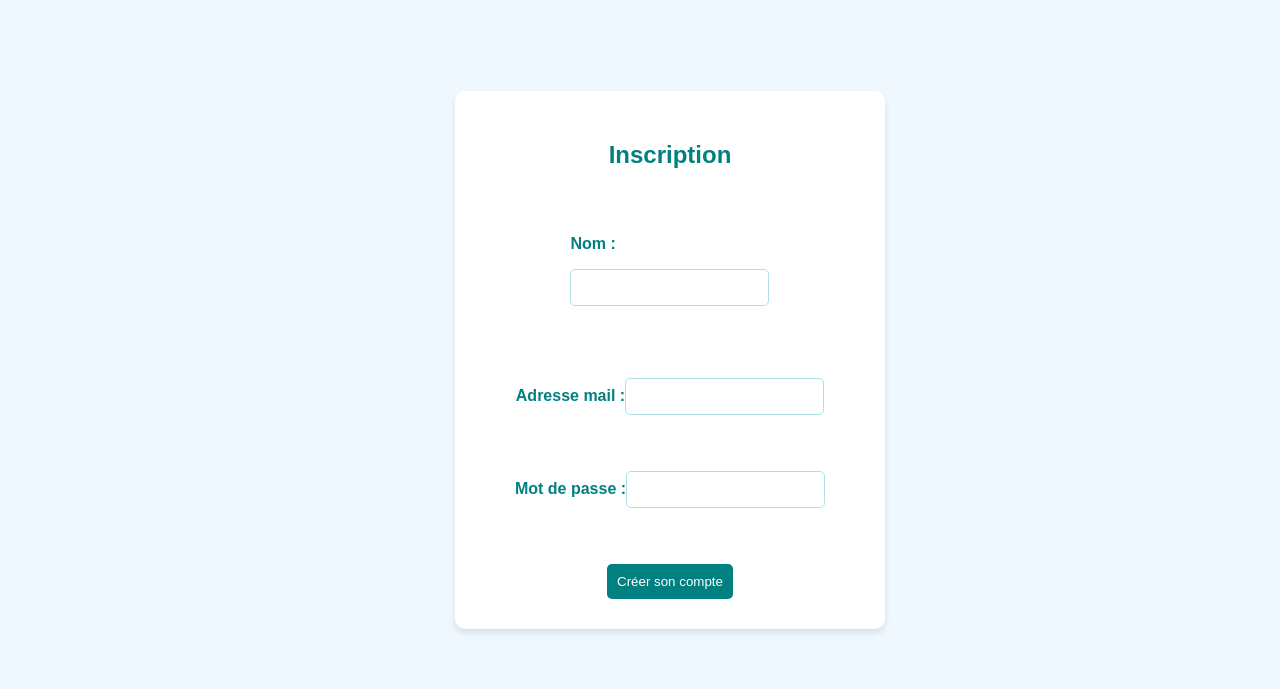
Repository: marwaouahouah1/OdysseyOfMemories
Page: /SignUpUser (app in frontend/)
An editor plug-in stored every save of this project. The page is shown before and after a run of saves, followed by the edit.
The browser window is 1280 px wide. The pictures show the whole page.
The project was rebuilt for these pictures with package versions that can differ from the ones it lists, and the page was loaded fresh each time. Also part of the build but not shown: frontend/src/Connexion/Login.js, frontend/src/App.js, frontend/src/Profile/Profile.js.

Above is the page before, as saved 2023-04-01 17:41:56.

### frontend/src/index.js
import React from 'react';
import ReactDOM from 'react-dom/client';
import App from './App';
import reportWebVitals from './reportWebVitals';
import SignUpUser from './SignUp/SignUpUser';
import Login from './Connexion/Login';
import Profile from './Profile/Profile'
import { BrowserRouter, Routes, Route } from "react-router-dom";

const root = ReactDOM.createRoot(document.getElementById('root'));
root.render(
  <React.StrictMode>
    <BrowserRouter>
       <Routes>
        <Route path="/" element={<App/>} />
        <Route path="/SignUpUser" element={<SignUpUser/>}/>
        <Route path="/Login" element={<Login/>}/>
        <Route path="/Profile" element={<Profile/>}></Route>
      </Routes>
    </BrowserRouter>
  </React.StrictMode>
);

// If you want to start measuring performance in your app, pass a function
// to log results (for example: reportWebVitals(console.log))
// or send to an analytics endpoint. Learn more: https://bit.ly/CRA-vitals
reportWebVitals();

### frontend/src/SignUp/SignUpUser.js
import React, { useState } from 'react';
import "./signupuser.css"

function SignUpUser() {

  const [name, setName] = useState('');
  const [email, setEmail] = useState('');
  const [password, setPassword] = useState('');
  const [message, setMessage] = useState("");

  const handleSubmit = (event) => {
    event.preventDefault();
    fetch('SignUpUser', {
      method: 'POST',
      headers : {
        'Content-Type': 'application/json',
        'Accept': 'application/json'
      },
      body: JSON.stringify({ name, email, password })
    })
      .then(response => response.json())
      .then(data => {
        setMessage(data.message);
        console.log(data)
        console.log("test")
      });
  };

  return (
    <div className="signup-container">

    <div className='app'>
    <span style={{textAlign:"center", marginBottom:"20px"}}><h2>Inscription</h2></span>

    <form onSubmit={handleSubmit}>
      <label>
        <p>Nom :</p>
        <input
          type="text"
          value={name}
          onChange={(event) => setName(event.target.value)}
        />
      </label>
      <br /><br />
      <label>
        <p></p>Adresse mail :
        <input
          type="email"
          value={email}
          onChange={(event) => setEmail(event.target.value)}
        />
      </label>
      <br /><br />
      <label>
        Mot de passe :
        <input
          type="password"
          value={password}
          onChange={(event) => setPassword(event.target.value)}
        />
      </label>
      <br /><br />
      <button type="submit">Créer son compte</button>
    </form>
    {/* Affichage du message de confirmation */}
    {message && <p>{message}</p>}
    </div>
    </div>

  );
}

export default SignUpUser;

### frontend/src/SignUp/signupuser.css
body {
    background-color: #f0f8ff;
    margin: 0;
    display: flex;
    justify-content: center;
    align-items: center;
    height: 100vh;
    font-family: Arial, sans-serif;
  }


.signup-container {
    width: 100%;
    max-width: 400px;
    background-color: #ffffff;
    padding: 30px;
    border-radius: 10px;
    box-shadow: 0 4px 6px rgba(0, 0, 0, 0.1);
  }


  h2 {
    color: #008080;
  }

  form {
    display: flex;
    flex-direction:column;
    align-items: center;
    margin-top: 50px;
  }


  label {
    color: #008080;
    font-weight: bold;
  }

  input {
    padding: 10px;
    border: 1px solid #b0e0e6;
    border-radius: 5px;
    margin-bottom: 20px;
  }

  button {
    background-color: #008080;
    color: white;
    border: none;
    border-radius: 5px;
    padding: 10px;
    cursor: pointer;
    transition: all 0.3s ease-in-out;
  }

  button:hover {
    background-color: #006666;
  }

  form label {

  }

Loaded but not shown: frontend/public/index.html (common file); frontend/src/reportWebVitals.js (common file); frontend/src/Profile/profile.css (no stored copy; drawn as an empty file)

After the next 2 saves:
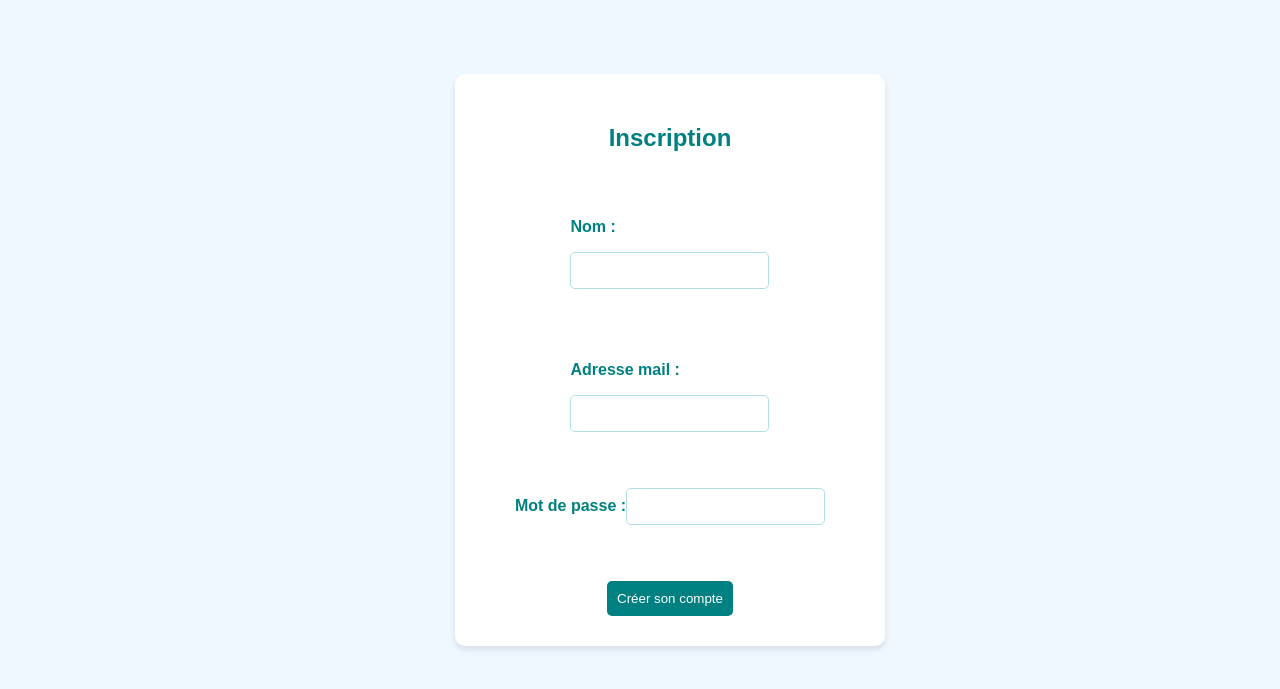
The 2 saves are shown as one change because they came seconds apart.
The last was saved 7 s later.
--- a/frontend/src/SignUp/SignUpUser.js
+++ b/frontend/src/SignUp/SignUpUser.js
@@ -43,7 +43,7 @@ function SignUpUser() {
       </label>
       <br /><br />
       <label>
-        <p></p>Adresse mail :
+        <p>Adresse mail :</p>
         <input
           type="email"
           value={email}
